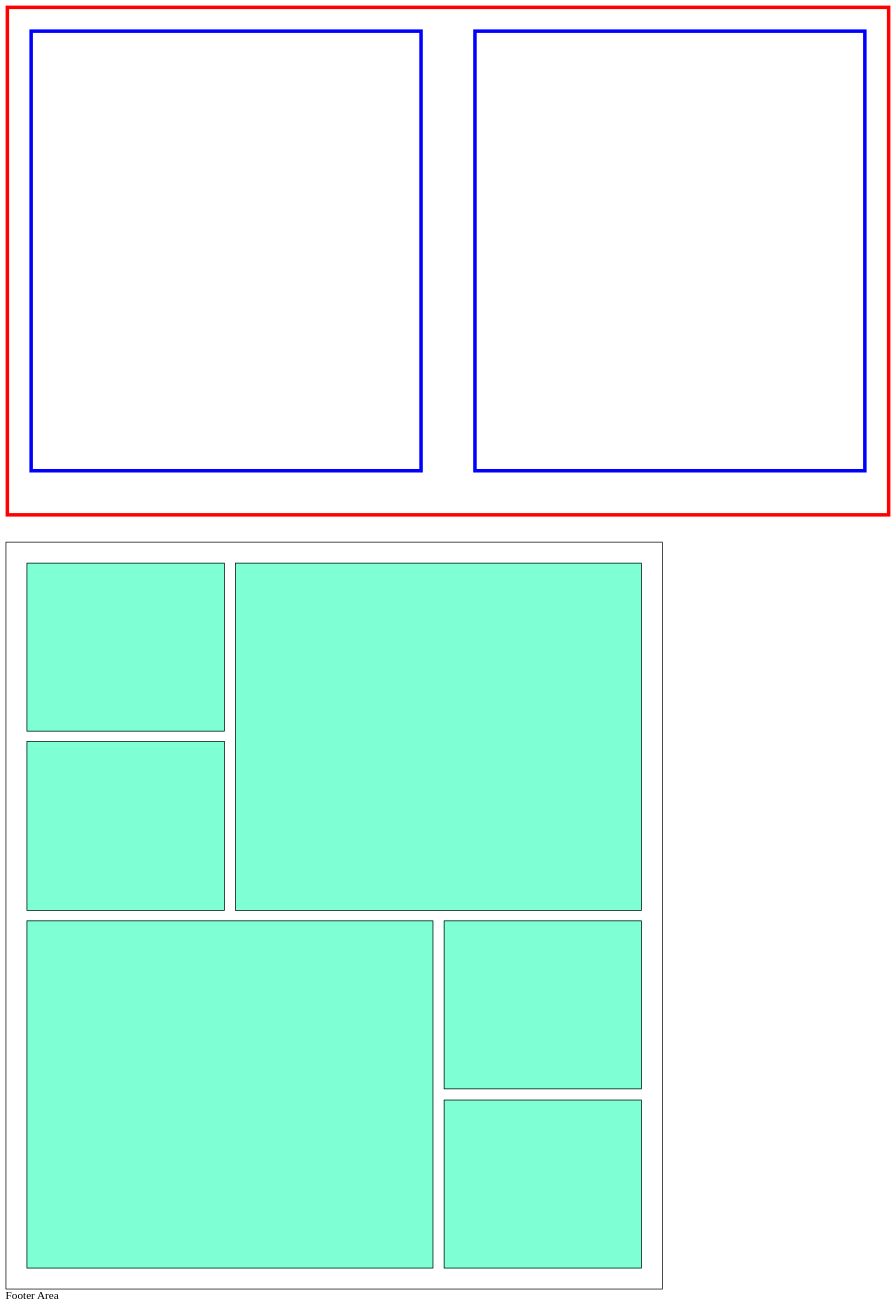
Repository: BwesewB/Brutalist-Website
Page: /
The author's editor kept a copy of each file at every save. The page is drawn from the files as they stood at one save, then again after the next save.
The browser window is 1280 px wide. The pictures show the whole page, at 70% of full size.
The project was rebuilt for these pictures with package versions that can differ from the ones it lists, and the page was loaded fresh each time. The framework's server and built-in components were replaced by stand-ins that run in the browser. Also part of the build but not shown: next.config.mjs.

Above is the page before, as saved 2024-02-03 17:37:04.

After the next save:
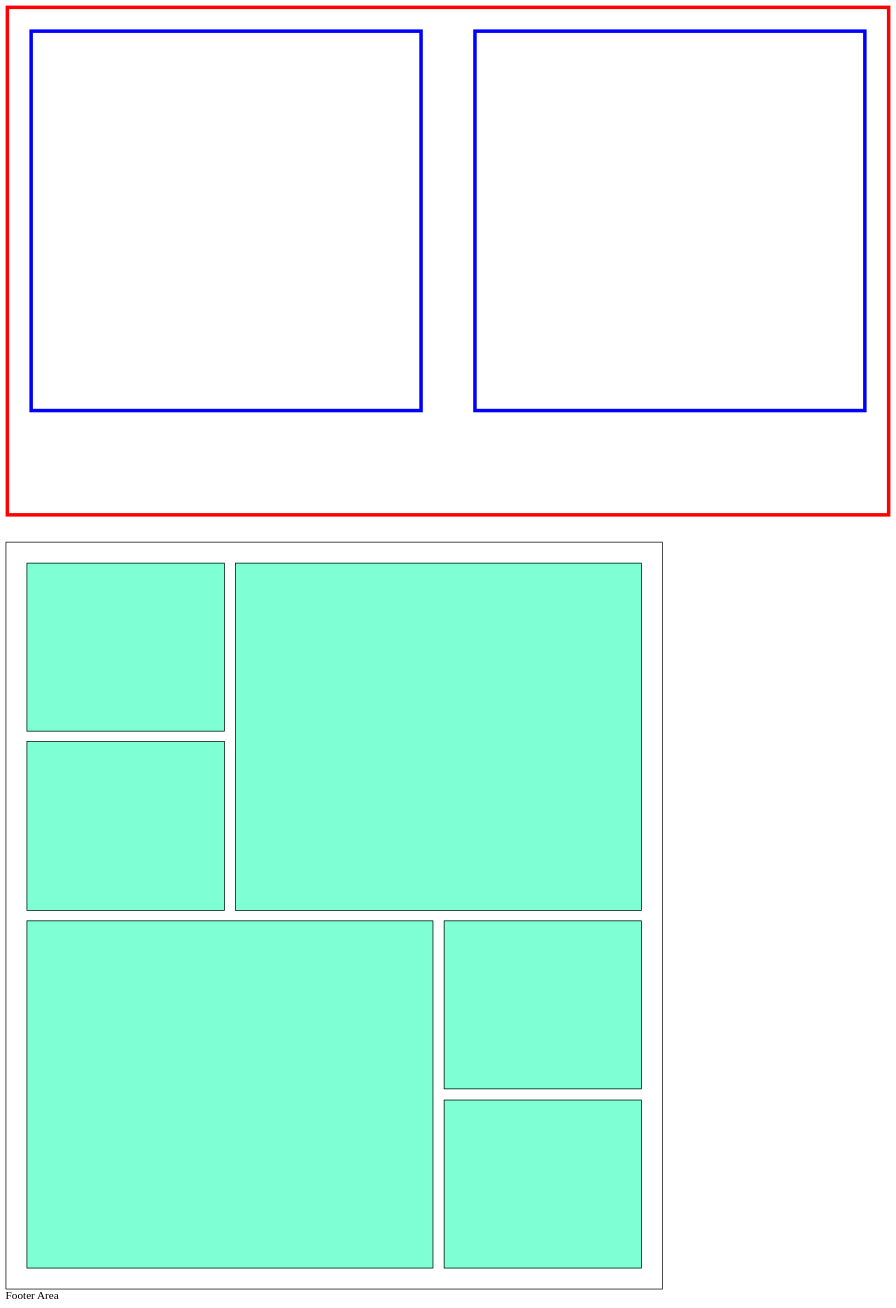
Saved 44 s later.
--- a/styles/Home.module.css
+++ b/styles/Home.module.css
@@ -30,12 +30,11 @@
 .graphic, .displayPanel{
   border: 5px solid blue;
   margin:4vh;
-  margin-bottom:8vh;
+  margin-bottom:20vh;
 }
 
 .graphic{
   grid-column: 1/2;
-
 }
 
 .displayPanel{
